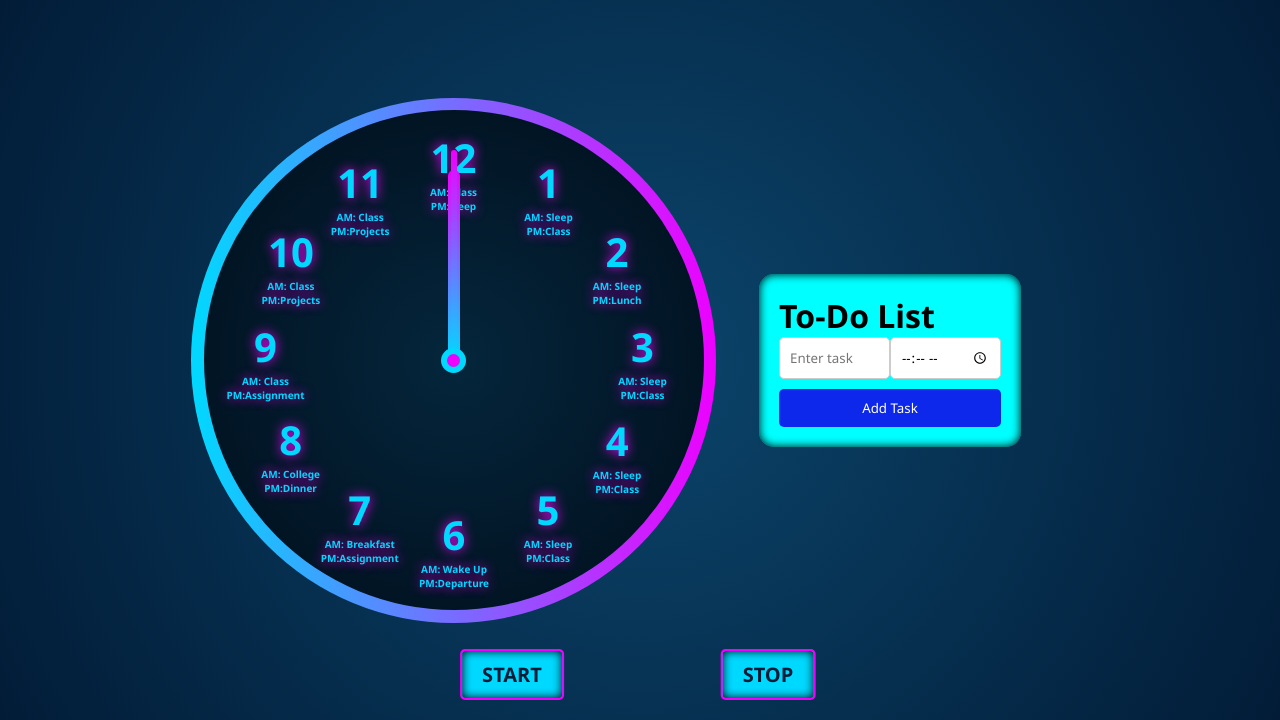
Repository: Suryansh-D/Cool-Clock
Page: index.html
An editor plug-in stored every save of this project. The page is shown before and after the next save, followed by the edit.
The browser window is 1280 px wide. The pictures show the whole page.

Above is the page before, as saved 2024-01-30 18:50:29.

After the next save:
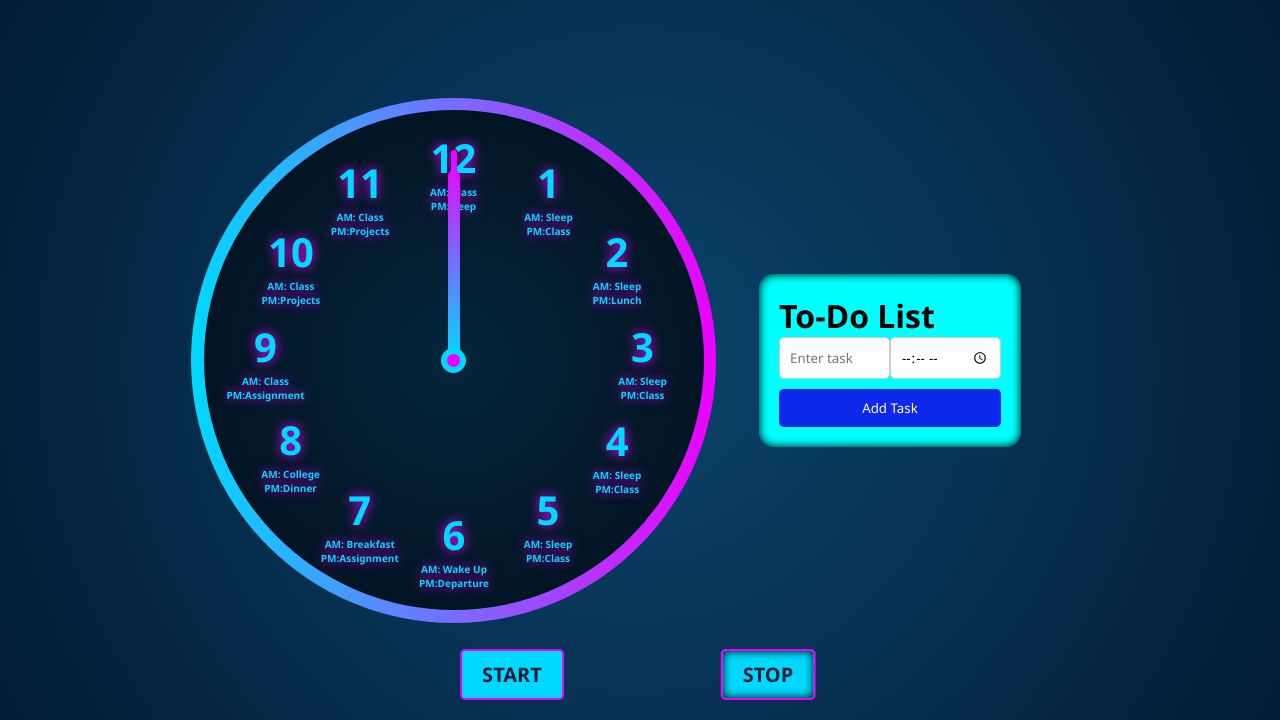
Saved 5 s later.
--- a/style.css
+++ b/style.css
@@ -96,7 +96,7 @@
     font-weight: 500;
     cursor: pointer;
     transition: all 0.3s ease;
-    box-shadow: inset 0 0 10px #000;
+    box-shadow:
 }
 .stop-btn{
     position: absolute;

After the 4 saves that followed:
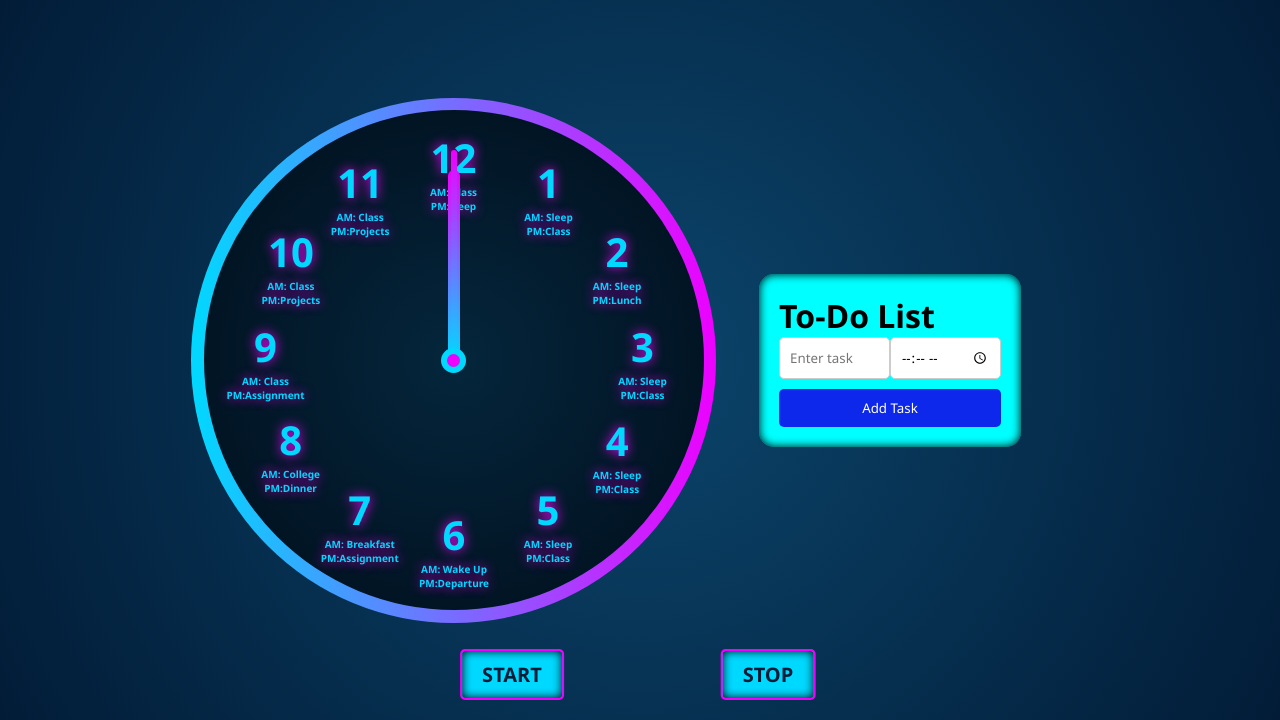
The 4 saves are shown as one change because 1 left the picture as it was and some came seconds apart.
The last was saved 11 s later.
--- a/style.css
+++ b/style.css
@@ -96,7 +96,7 @@
     font-weight: 500;
     cursor: pointer;
     transition: all 0.3s ease;
-    box-shadow:
+    box-shadow: inset 0 0 10px #000;
 }
 .stop-btn{
     position: absolute;
